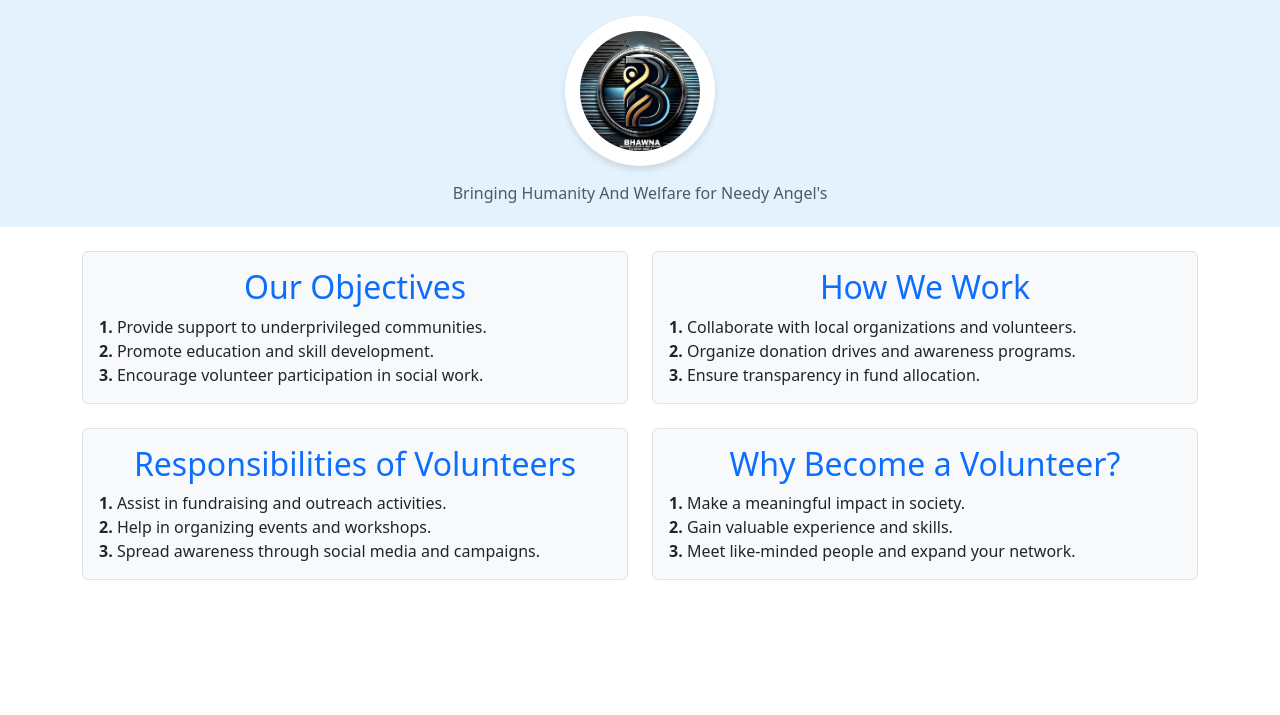
Repository: cloudwithbhawna/trust
Page: / (app in react/)
The author's editor kept a copy of each file at every save. The page is drawn from the files as they stood at one save, then again after the next save.
The browser window is 1280 px wide. The pictures show the whole page.
The project was rebuilt for these pictures with package versions that can differ from the ones it lists, and the page was loaded fresh each time. Also part of the build but not shown: react/vite.config.js, react/src/index.css.

Above is the page before, as saved 2025-03-08 21:09:55.

After the next save:
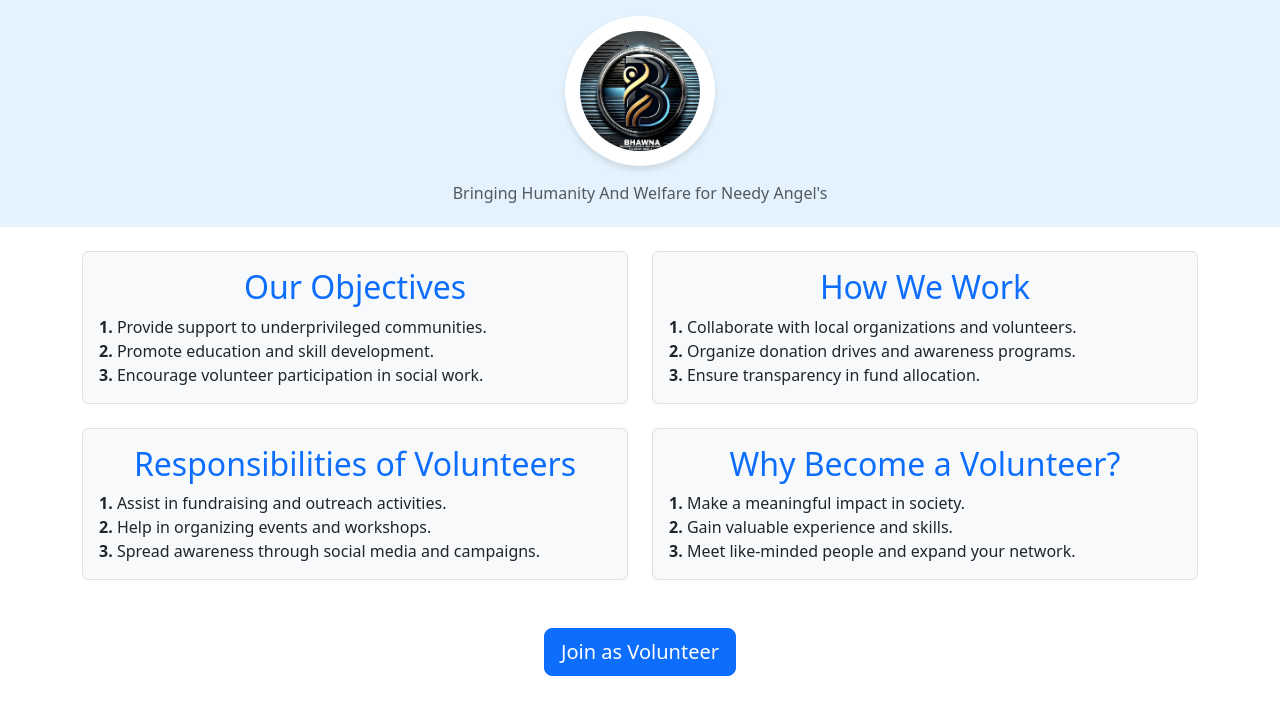
Saved 67 s later.
--- a/react/src/pages/HomePage.jsx
+++ b/react/src/pages/HomePage.jsx
@@ -63,6 +63,11 @@ const HomePage = () => {
           </section>
         </div>
       </div>
+
+      {/* Join as Volunteer Button */}
+      <div className="text-center mt-4">
+        <button className="btn btn-primary btn-lg">Join as Volunteer</button>
+      </div>
     </div>
   );
 };
